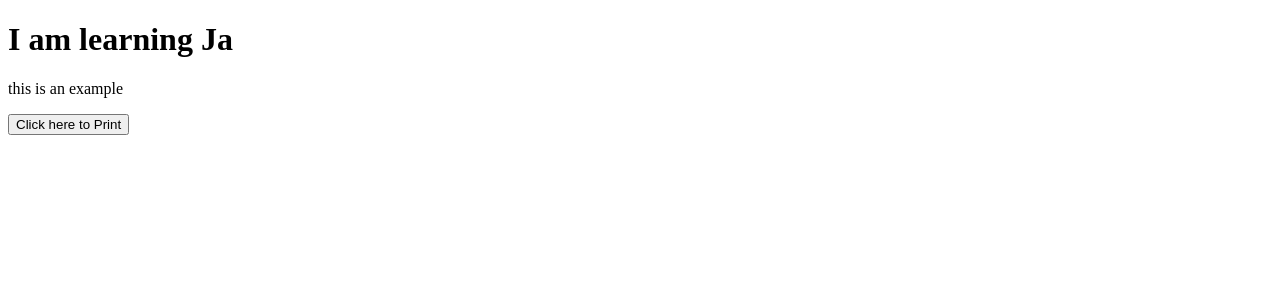
Repository: phulkeshwarmahto/CompleteJS
Page: index.html
The author's editor kept a copy of each file at every save. The page is drawn from the files as they stood at one save, then again after the next save.
The browser window is 1280 px wide. The pictures show the whole page.

Above is the page before, as saved 2025-06-24 16:19:03.

After the next save:
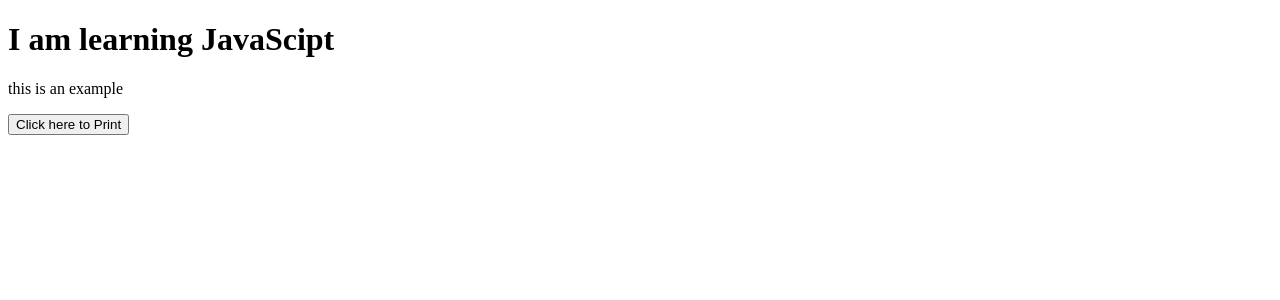
Saved 5 s later.
--- a/index.html
+++ b/index.html
@@ -6,7 +6,8 @@
     <title>Document</title>
 </head>
 <body>
-    <h1 id="myH">I am learning Ja</h1>
+    <h1 id="myH">I am learning JavaScipt
+    </h1>
     <p id="myP">this is an example</p>
     <button onclick="window.print()">
           Click here to Print
